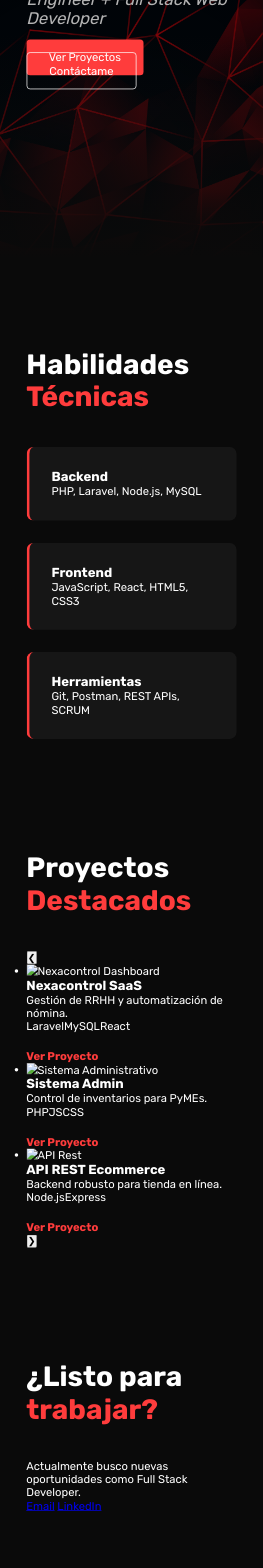
Repository: hercules830/Mi-portfolio-profesional
Page: index.html
An editor plug-in stored every save of this project. The page is shown before and after the next save, followed by the edit.
The browser window is 375 px wide. The pictures show the part of the page from y = 432 to 2672 px (the page is 2672 px tall before and 2536 px after), at 70% of full size.
Some web fonts or font styles are not loaded; a fallback is used.

Above is the page before, as saved 2026-05-29 23:50:59.
Not found: assets/nexa1.jpg
Not found: assets/project2.jpg
Not found: assets/project3.jpg

### index.html
<!DOCTYPE html>
<html lang="es">
  <head>
    <meta charset="UTF-8" />
    <meta name="viewport" content="width=device-width, initial-scale=1.0" />
    <link rel="stylesheet" href="styles.css" />
    <link rel="preconnect" href="https://fonts.googleapis.com" />
    <link rel="preconnect" href="https://fonts.gstatic.com" crossorigin />
    <link
      href="https://fonts.googleapis.com/css2?family=Indie+Flower&family=Rubik+Storm&family=Rubik:wght@300;400;700&display=swap"
      rel="stylesheet"
    />
    <title>Brayan Espinoza | Full Stack Developer</title>
  </head>
  <body>
    <header class="header">
      <nav class="nav">
        <div class="logo-container">
          <p class="logo">BRAYAN <span>ESPINOZA</span></p>
        </div>
        <ul class="links">
          <li><a class="link" href="#inicio">Inicio</a></li>
          <li><a class="link" href="#habilidades">Habilidades</a></li>
          <li><a class="link" href="#proyectos">Proyectos</a></li>
          <li><a class="link" href="#contacto">Contacto</a></li>
        </ul>
      </nav>

      <div class="description" id="inicio">
        <h1 class="header-title">Brayan</h1>
        <p class="my-description">Engineer + Full Stack Web Developer</p>
        <div class="cta-container">
          <a href="#proyectos" class="btn-primary">Ver Proyectos</a>
          <a href="#contacto" class="btn-secondary">Contáctame</a>
        </div>
      </div>
    </header>

    <section class="section" id="habilidades">
      <h2 class="section-title">Habilidades <span>Técnicas</span></h2>
      <div class="skills-grid">
        <div class="skill-card">
          <h3>Backend</h3>
          <p>PHP, Laravel, Node.js, MySQL</p>
        </div>
        <div class="skill-card">
          <h3>Frontend</h3>
          <p>JavaScript, React, HTML5, CSS3</p>
        </div>
        <div class="skill-card">
          <h3>Herramientas</h3>
          <p>Git, Postman, REST APIs, SCRUM</p>
        </div>
      </div>
    </section>

    <section class="section" id="proyectos">
      <h2 class="section-title">Proyectos <span>Destacados</span></h2>

      <div class="carousel-container">
        <button class="carousel-btn prev" id="prevBtn">&#10094;</button>

        <div class="carousel-track-container">
          <ul class="carousel-track" id="track">
            <!-- Proyecto 1: Nexacontrol -->
            <li class="project-card">
              <img src="assets/nexa1.jpg" alt="Nexacontrol Dashboard" />
              <div class="project-info">
                <h3>Nexacontrol SaaS</h3>
                <p>Gestión de RRHH y automatización de nómina.</p>
                <div class="tech-tags">
                  <span>Laravel</span><span>MySQL</span><span>React</span>
                </div>
                <a href="#" class="link-btn">Ver Proyecto</a>
              </div>
            </li>

            <!-- Proyecto 2: Freelance / Otro -->
            <li class="project-card">
              <img src="assets/project2.jpg" alt="Sistema Administrativo" />
              <div class="project-info">
                <h3>Sistema Admin</h3>
                <p>Control de inventarios para PyMEs.</p>
                <div class="tech-tags">
                  <span>PHP</span><span>JS</span><span>CSS</span>
                </div>
                <a href="#" class="link-btn">Ver Proyecto</a>
              </div>
            </li>

            <!-- Proyecto 3: Ejemplo -->
            <li class="project-card">
              <img src="assets/project3.jpg" alt="API Rest" />
              <div class="project-info">
                <h3>API REST Ecommerce</h3>
                <p>Backend robusto para tienda en línea.</p>
                <div class="tech-tags">
                  <span>Node.js</span><span>Express</span>
                </div>
                <a href="#" class="link-btn">Ver Proyecto</a>
              </div>
            </li>
          </ul>
        </div>

        <button class="carousel-btn next" id="nextBtn">&#10095;</button>
      </div>
    </section>

    <footer class="section" id="contacto">
      <h2 class="section-title">¿Listo para <span>trabajar?</span></h2>
      <p>Actualmente busco nuevas oportunidades como Full Stack Developer.</p>
      <div class="social-links">
        <a href="mailto:musicabjhe830@gmail.com">Email</a>
        <a
          href="https://www.linkedin.com/in/brayan-espinoza-57191512a"
          target="_blank"
          >LinkedIn</a
        >
      </div>
    </footer>

    <script src="script.js"></script>
  </body>
</html>

### styles.css
:root {
  --primary-red: #ff3c3c;
  --dark-bg: #0a0a0a;
  --text-white: #ffffff;
  --gray-text: #b3b3b3;
}

* {
  margin: 0;
  padding: 0;
  box-sizing: border-box;
  scroll-behavior: smooth;
}

body {
  background-color: var(--dark-bg);
  color: var(--text-white);
  font-family: "Rubik", sans-serif;
}

/* Header & Hero */
.header {
  height: 100vh;
  /* Añadimos un degradado que va hacia el negro al final para suavizar el corte */
  background: linear-gradient(to bottom, transparent 60%, var(--dark-bg) 100%),
    linear-gradient(rgba(0, 0, 0, 0.5), rgba(0, 0, 0, 0.5)),
    url("assets/background.jpg");
  background-size: cover;
  background-position: center;
  display: flex;
  flex-direction: column;
}

#habilidades {
  padding-top: 8rem; /* Esto le da aire después del desvanecimiento */
}

.nav {
  display: flex;
  justify-content: space-between;
  padding: 2rem 5%;
  align-items: center;
}

.logo {
  font-family: "Rubik", sans-serif;
  font-weight: bold;
  letter-spacing: 2px;
}
.logo span {
  color: var(--primary-red);
}

.links {
  display: flex;
  list-style: none;
  gap: 2rem;
}
.link {
  color: white;
  text-decoration: none;
  font-size: 0.9rem;
  transition: 0.3s;
}
.link:hover {
  color: var(--primary-red);
}

.description {
  flex: 1;
  display: flex;
  flex-direction: column;
  justify-content: center;
  padding-left: 10%;
}

.header-title {
  font-family: "Rubik Storm", cursive;
  font-size: 8rem;
  color: var(--primary-red);
  text-shadow: 0 0 20px rgba(255, 60, 60, 0.5);
}

.my-description {
  font-size: 1.5rem;
  font-style: italic;
  color: var(--gray-text);
  margin-bottom: 2rem;
}

/* Botones */
.btn-primary {
  background: var(--primary-red);
  color: white;
  padding: 1rem 2rem;
  text-decoration: none;
  border-radius: 5px;
  margin-right: 1rem;
  transition: 0.3s;
}

.btn-secondary {
  border: 1px solid white;
  color: white;
  padding: 1rem 2rem;
  text-decoration: none;
  border-radius: 5px;
  transition: 0.3s;
}

/* Secciones Generales */
.section {
  padding: 5rem 10%;
}
.section-title {
  font-size: 2.5rem;
  margin-bottom: 3rem;
}
.section-title span {
  color: var(--primary-red);
}

/* Skills Grid */
.skills-grid {
  display: grid;
  grid-template-columns: repeat(auto-fit, minmax(250px, 1fr));
  gap: 2rem;
}

.skill-card {
  background: rgba(255, 255, 255, 0.05);
  padding: 2rem;
  border-radius: 10px;
  border-left: 4px solid var(--primary-red);
}

/* Proyectos */
.project-main {
  background: linear-gradient(
    45deg,
    rgba(20, 20, 20, 0.9),
    rgba(40, 40, 40, 0.9)
  );
  padding: 3rem;
  border-radius: 15px;
  border: 1px solid rgba(255, 255, 255, 0.1);
}

.project-tag {
  color: var(--primary-red);
  font-weight: bold;
  font-size: 0.8rem;
}
.link-btn {
  display: inline-block;
  margin-top: 1.5rem;
  color: var(--primary-red);
  text-decoration: none;
  font-weight: bold;
}

@media (max-width: 768px) {
  .header-title {
    font-size: 4rem;
  }
  .links {
    display: none;
  } /* Aquí podrías añadir un menú hamburguesa luego */
}

### script.js
// Efecto de scroll suave y revelado de secciones
document.addEventListener("DOMContentLoaded", () => {
  const observerOptions = {
    threshold: 0.1,
  };

  const observer = new IntersectionObserver((entries) => {
    entries.forEach((entry) => {
      if (entry.isIntersecting) {
        entry.target.style.opacity = "1";
        entry.target.style.transform = "translateY(0)";
      }
    });
  }, observerOptions);

  document.querySelectorAll(".section").forEach((section) => {
    section.style.opacity = "0";
    section.style.transform = "translateY(30px)";
    section.style.transition = "all 0.8s ease-out";
    observer.observe(section);
  });
});

After the next save:
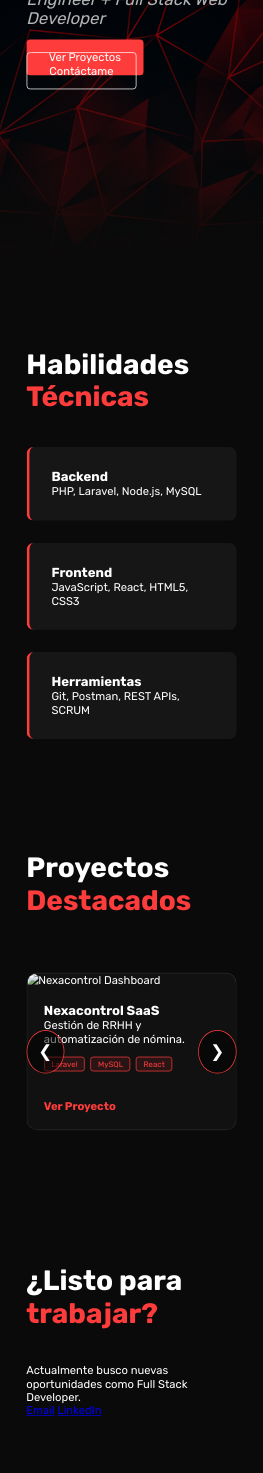
Saved 27 s later.
--- a/styles.css
+++ b/styles.css
@@ -159,6 +159,120 @@ body {
   font-weight: bold;
 }
 
+/* Carrusel Container */
+.carousel-container {
+  position: relative;
+  display: flex;
+  align-items: center;
+  width: 100%;
+  margin: 0 auto;
+}
+
+.carousel-track-container {
+  overflow: hidden; /* Esconde lo que no está en pantalla */
+  width: 100%;
+  padding: 2rem 0;
+}
+
+.carousel-track {
+  display: flex;
+  list-style: none;
+  gap: 2rem;
+  transition: transform 0.5s ease-in-out;
+  padding-left: 0;
+}
+
+/* Tarjeta de Proyecto */
+.project-card {
+  min-width: calc(33.333% - 1.5rem); /* Muestra 3 tarjetas en desktop */
+  background: rgba(255, 255, 255, 0.03);
+  border-radius: 15px;
+  border: 1px solid rgba(255, 255, 255, 0.1);
+  overflow: hidden;
+  transition: 0.3s;
+}
+
+.project-card:hover {
+  transform: translateY(-10px);
+  border-color: var(--primary-red);
+  box-shadow: 0 10px 30px rgba(255, 60, 60, 0.2);
+}
+
+.project-card img {
+  width: 100%;
+  height: 200px;
+  object-fit: cover;
+  filter: grayscale(50%);
+  transition: 0.3s;
+}
+
+.project-card:hover img {
+  filter: grayscale(0%);
+}
+
+.project-info {
+  padding: 1.5rem;
+}
+
+.tech-tags {
+  margin: 1rem 0;
+  display: flex;
+  gap: 0.5rem;
+  flex-wrap: wrap;
+}
+
+.tech-tags span {
+  background: rgba(255, 60, 60, 0.1);
+  color: var(--primary-red);
+  padding: 0.2rem 0.6rem;
+  border-radius: 4px;
+  font-size: 0.7rem;
+  border: 1px solid var(--primary-red);
+}
+
+/* Botones Navegación */
+.carousel-btn {
+  background: rgba(0, 0, 0, 0.5);
+  border: 1px solid var(--primary-red);
+  color: white;
+  font-size: 1.5rem;
+  padding: 1rem;
+  cursor: pointer;
+  border-radius: 50%;
+  z-index: 10;
+  transition: 0.3s;
+  position: absolute;
+}
+
+.carousel-btn:hover {
+  background: var(--primary-red);
+}
+
+.prev {
+  left: -50px;
+}
+.next {
+  right: -50px;
+}
+
+/* Responsive */
+@media (max-width: 1024px) {
+  .project-card {
+    min-width: calc(50% - 1rem);
+  } /* 2 tarjetas */
+}
+@media (max-width: 600px) {
+  .project-card {
+    min-width: 100%;
+  } /* 1 tarjeta */
+  .prev {
+    left: 0;
+  }
+  .next {
+    right: 0;
+  }
+}
+
 @media (max-width: 768px) {
   .header-title {
     font-size: 4rem;
